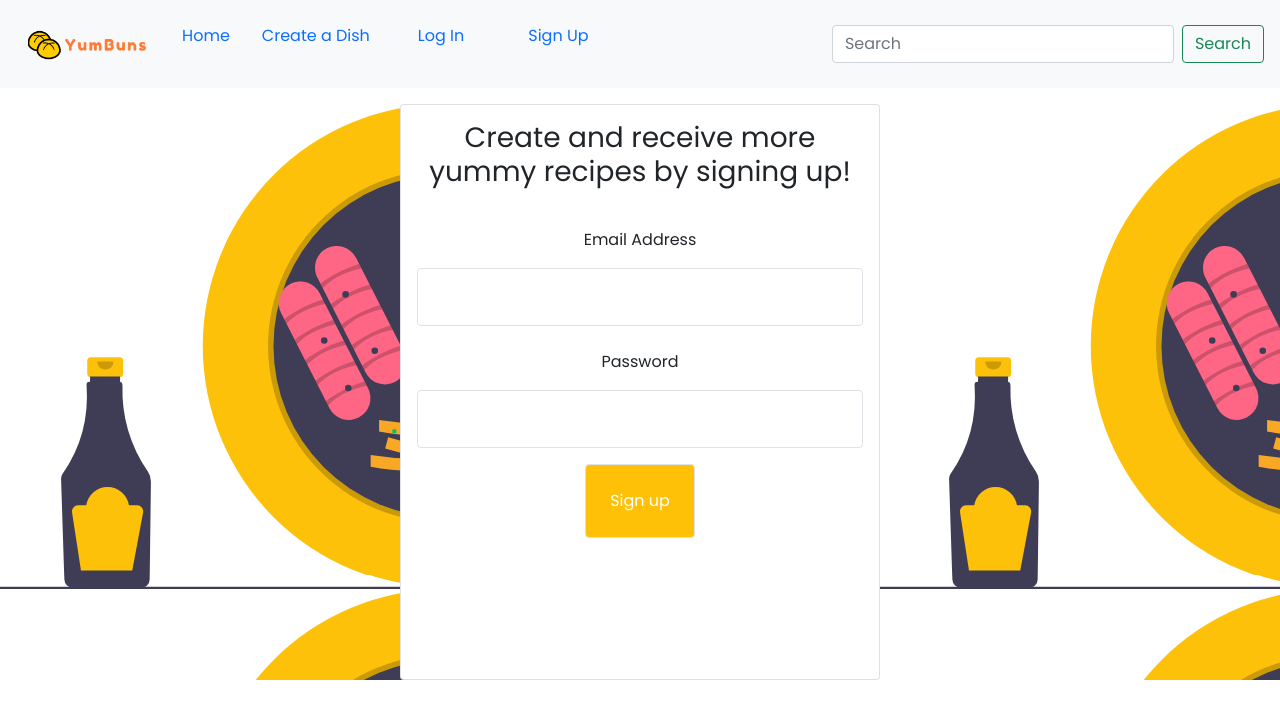
Repository: mottad14/yumBuns
Page: /signup (app in client/)
The author's editor kept a copy of each file at every save. The page is drawn from the files as they stood at one save, then again after the next save.
The browser window is 1280 px wide. The pictures show the whole page.
Some web fonts or font styles are not loaded; a fallback is used. The project was rebuilt for these pictures with package versions that can differ from the ones it lists, and the page was loaded fresh each time. Also part of the build but not shown: client/src/components/RecipePreview.js, client/src/views/Main.js, client/src/views/Login.js, client/src/views/Create.js, client/src/views/Recipe.js, client/src/components/SubscribePop.css, client/src/components/SignUp.jsx, client/src/components/SubscribePop.js.

Above is the page before, as saved 2022-07-30 10:47:22.

### client/public/index.html
<!DOCTYPE html>
<html lang="en">
  <head>
    <meta charset="utf-8" />
    <link rel="icon" href="%PUBLIC_URL%/favicon.ico" />
    <meta name="viewport" content="width=device-width, initial-scale=1" />
    <meta name="theme-color" content="#000000" />
    <meta
      name="description"
      content="Web site created using create-react-app"
    />
    <!--
      Notice the use of %PUBLIC_URL% in the tags above.
      It will be replaced with the URL of the `public` folder during the build.
      Only files inside the `public` folder can be referenced from the HTML.

      Unlike "/favicon.ico" or "favicon.ico", "%PUBLIC_URL%/favicon.ico" will
      work correctly both with client-side routing and a non-root public URL.
      Learn how to configure a non-root public URL by running `npm run build`.
    -->
    <title>Yumbuns</title>
  </head>
  <body>
    <noscript>You need to enable JavaScript to run this app.</noscript>
    <div id="root"></div>
    <!--
      This HTML file is a template.
      If you open it directly in the browser, you will see an empty page.

      You can add webfonts, meta tags, or analytics to this file.
      The build step will place the bundled scripts into the <body> tag.

      To begin the development, run `npm start` or `yarn start`.
      To create a production bundle, use `npm run build` or `yarn build`.
    -->
  </body>
</html>

### client/src/index.js
import React from 'react';
import ReactDOM from 'react-dom';
import './index.css';
import App from './App';
import reportWebVitals from './reportWebVitals';
import {BrowserRouter} from "react-router-dom";

ReactDOM.render(
    <React.StrictMode>
      <BrowserRouter>
            <App />
      </BrowserRouter>
    </React.StrictMode>,
    document.getElementById('root')
);



// If you want to start measuring performance in your app, pass a function
// to log results (for example: reportWebVitals(console.log))
// or send to an analytics endpoint. Learn more: https://bit.ly/CRA-vitals
reportWebVitals();

### client/src/App.js
import React from 'react';
import 'bootstrap/dist/css/bootstrap.min.css';
import {Switch, Route} from "react-router-dom";
import './App.css';
import NavBar from './components/NavBar';
import Main from './views/Main';
import Login from './views/Login'
import NewAccount from "./views/NewAccount"
import Create from './views/Create';
import Recipe from './views/Recipe';
import SubscribePop from './components/SubscribePop';
import {useState, useEffect} from 'react'
import { AuthContextProvider } from "./contexts/AuthContext";


function App() {
  const [timedPopup, setTimedPopup] = useState (false);

  useEffect(() => {
    setTimeout(() => {
      setTimedPopup(true)
    }, 45000)
  }, [])


  return (

    <div className="App">
      <div className="">
          <NavBar/>
          <AuthContextProvider>
              <Switch>
                <Route exact path="/">
                  <Main/>
                </Route>

                <Route exact path="/login">
                  <Login/>
                </Route>

                <Route exact path="/signup">
                  <NewAccount/>
                </Route>

                <Route path="/view/single/:_id">
                  <Recipe/>
                </Route>

                <Route exact path="/create">
                  <Create/>
                </Route>
              </Switch>

              <SubscribePop trigger={timedPopup} setTrigger={setTimedPopup}>
              </SubscribePop>
          </AuthContextProvider>


       </div>
    </div>
  );
}

export default App;

### client/src/App.css
@import url('https://fonts.googleapis.com/css2?family=BIZ+UDGothic&family=Poppins&display=swap');

.App {
  font-family: 'BIZ UDGothic', sans-serif;
  font-family: 'Poppins', sans-serif;
  z-index: 1;
  text-align: center;
}

.recipePreview{
  border: 3px solid rgb(177, 177, 177);
  min-height: 300px;
  width: 250px;
  background-color: rgb(254, 194, 10);
  border-left-style: dotted;
  border-right-style: dotted;
  border-radius: 10%;

}

.recipePreview > img{
  width: 95%;
  border-radius: 10%;
}
.recipePreview >div{
  align-items: center;

}

.Logo{
  margin-left: 10px;
  height: 30px;
}

.sticky{
  position: sticky;
  top: 0;
  z-index: 999;
  background-color: rgb(254, 194, 10);
  border: 2px solid black;
  border-radius: 25px;
}

.thumbnailBox > img{
  height: 40px;
}

.thumbnailBox > img:hover{
  height: 125px;
}

### client/src/components/NavBar.js
import React from "react";
import { Link } from "react-router-dom"
import Nav from 'react-bootstrap/Nav';
import YumBuns from "../imgs/YumBunsLogo.png"

const NavBar = (props) => {
    return(
            <nav className="navbar navbar-expand-lg bg-light mb-3">
                <Link className="navbar-brand mx-3" to="/">  <img className="Logo" src={YumBuns} alt="Logo" /> </Link>

                <div className="collapse navbar-collapse" id="navbarSupportedContent">
                <ul className="navbar-nav me-auto mb-2 mb-lg-0">
                    <li className="nav-item">
                    <Nav.Link> <Link className="nav-link btn-outline-warning" aria-current="page" to="/">Home</Link> </Nav.Link>
                    </li>
                    <li className="nav-item">
                    <Nav.Link> <Link className="nav-link btn-outline-warning" to="/create">Create a Dish</Link> </Nav.Link>
                    </li>
                    <li className="nav-item">
                    <Nav.Link> <Link className="nav-link d-flex mx-3 btn-outline-warning" to="/login"> Log In</Link> </Nav.Link>
                    </li>
                    <li className="nav-item">
                    <Nav.Link>  <Link className="nav-link d-flex mx-3 btn-outline-warning" to="/signup">    <p onClick={() => props.setTrigger(true)}> Sign Up </p>    </Link> </Nav.Link>
                    </li>
                </ul>
                <form className="d-flex mx-3" role="search">
                    <input className="form-control me-2" type="search" placeholder="Search" aria-label="Search" />
                    <button className="btn btn-outline-success" type="submit">Search</button>
                </form>
            </div>
            </nav>
    )
}

export default NavBar;

### client/src/views/NewAccount.js
import React, { useState } from 'react'
import { Link, useHistory } from 'react-router-dom'
import {Form, Button, Card, Alert} from "react-bootstrap"
import { UserAuth } from '../contexts/AuthContext'
import eating from "../imgs/eating.svg"

const Signup = () => {

  const [email, setEmail] = useState('')
  const [password, setPassword] = useState('')
  const [error, setError] = useState('')

  const history = useHistory();
  const {createUser} = UserAuth();

  const handleSubmit = async(e) => {
    e.preventDefault();
    setError('')
    try{
      await createUser(email, password)
      history.push("/");
    } catch(e) {
      setError(e.message)
      console.log(e.message)
    }
  }

  return (
      <div style={{ backgroundImage: `url(${eating})` }}>
    <div style={{ display: 'flex',
        height: '80vh', justifyContent: "center"}}>
    <Card className="text-center" style={{ width: '30rem' }}>
      <Card.Body>
          <h3 className='text-center mb-4'> Create and receive more yummy recipes by signing up!</h3>
            {error && <Alert variant="danger"> {error} </Alert>}

      <Form onSubmit={handleSubmit}>
          <Form.Group className='flex flex-col py-2'>
            <Form.Label className='py-2 font-medium' htmlFor=""> Email Address</Form.Label>
            <Form.Control onChange={(e)=> setEmail(e.target.value)} className='border p-3' type="email"/>
          </Form.Group>

          <Form.Group className='flex flex-col py-2'>
            <Form.Label className='py-2 font-medium' htmlFor=""> Password</Form.Label>
            <Form.Control onChange={(e)=> setPassword(e.target.value)} className='border p-3' type="password"/>
          </Form.Group>

          <Button variant="warning" className='border border-blue-500 bg-yellow-600 hover:bg-blue-500 w-full p-4 my-2 text-white'>Sign up</Button>
      </Form>


      </Card.Body>
    </Card>
    </div>
    </div>
  )
}

export default Signup

### client/src/contexts/AuthContext.js
import { createContext, useContext, useEffect, useState } from "react";
import {createUserWithEmailAndPassword,
    signInWithEmailAndPassword,
    signOut,
    onAuthStateChanged}
    from "firebase/auth"
import { auth } from "../firebase";

const UserContext = createContext();

export const AuthContextProvider = ({children}) => {
    const [user, setUser] = useState({})

    const createUser = (email, password) => {
        return (createUserWithEmailAndPassword(auth, email, password))
    }

    const signIn = (email, password) => {
        return signInWithEmailAndPassword(auth, email, password)
    }

    const logout = () =>{
        return signOut(auth);
    }

    useEffect (() => {
        const unsubscribe = onAuthStateChanged(auth, (currentUser) => {
            console.log(currentUser)
            setUser(currentUser)
        })
        return (() => {
            unsubscribe()
        })
    }, [])

    return (
        <UserContext.Provider value={{ createUser, user, signIn, logout }}>
            {children}
        </UserContext.Provider>
    )
}

export const UserAuth = () =>{
    return useContext(UserContext)
}

### client/src/firebase.js
// Import the functions you need from the SDKs you need
import { initializeApp } from "firebase/app";
import { getAuth } from "firebase/auth";
// TODO: Add SDKs for Firebase products that you want to use
// https://firebase.google.com/docs/web/setup#available-libraries

// Your web app's Firebase configuration
console.log(`The current api key is: ${process.env.REACT_APP_FIREBASE_API_KEY}`)
const firebaseConfig = {
  apiKey: process.env.REACT_APP_FIREBASE_API_KEY,
  authDomain: process.env.REACT_APP_FIREBASE_AUTH_DOMAIN,
  projectId: process.env.REACT_APP_FIREBASE_PROJECT_ID,
  storageBucket: process.env.REACT_APP_FIREBASE_STORAGE_BUCKET,
  messagingSenderId: process.env.REACT_APP_FIREBASE_MESSAGING_SENDER_ID,
  appId: process.env.REACT_APP_FIREBASE_APP_ID,
  measurementId: process.env.REACT_APP_FIREBASE_MEASUREMENT_ID
};

// Initialize Firebase
const app = initializeApp(firebaseConfig);
export const auth = getAuth(app);
export default app;

Loaded but not shown: client/src/index.css (common file); client/src/reportWebVitals.js (common file)

After the next save:
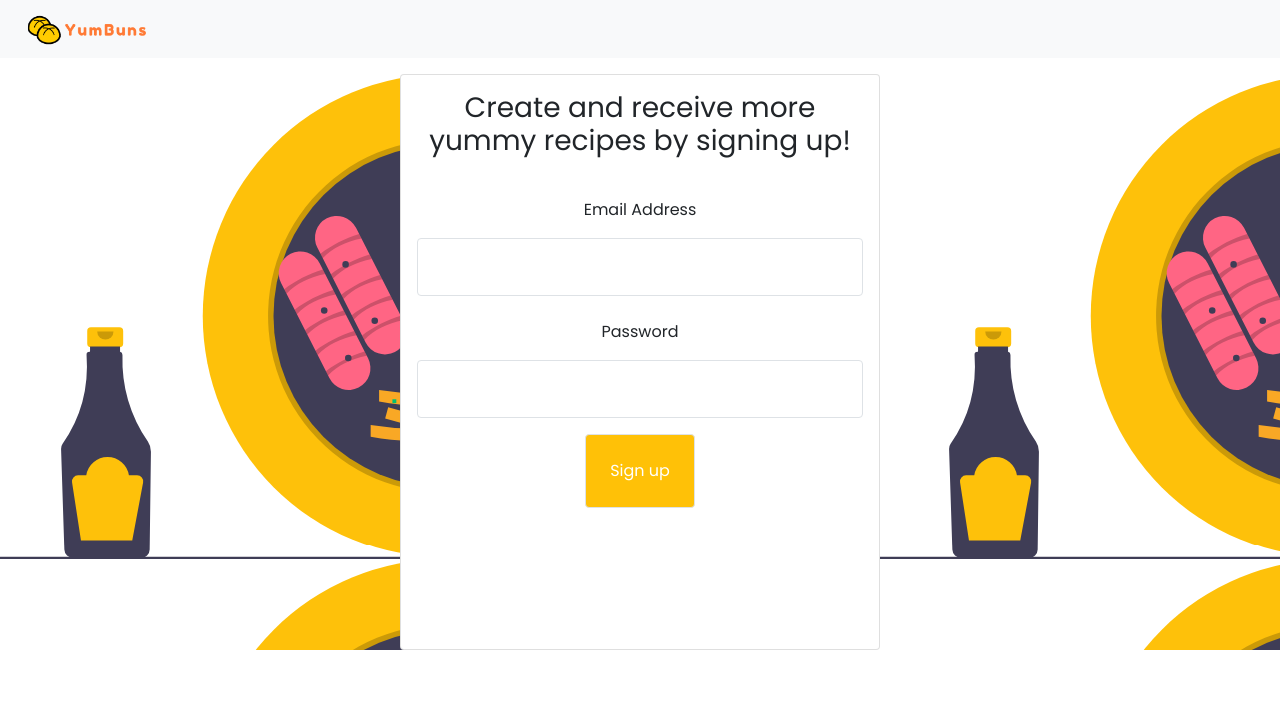
Saved 2 min 52 s later.
--- a/client/src/components/NavBar.js
+++ b/client/src/components/NavBar.js
@@ -5,7 +5,7 @@
 
 const NavBar = (props) => {
     return(
-            <nav className="navbar navbar-expand-lg bg-light mb-3">
+            <nav className="navbar bg-light mb-3">
                 <Link className="navbar-brand mx-3" to="/">  <img className="Logo" src={YumBuns} alt="Logo" /> </Link>
 
                 <div className="collapse navbar-collapse" id="navbarSupportedContent">

After the save that followed:
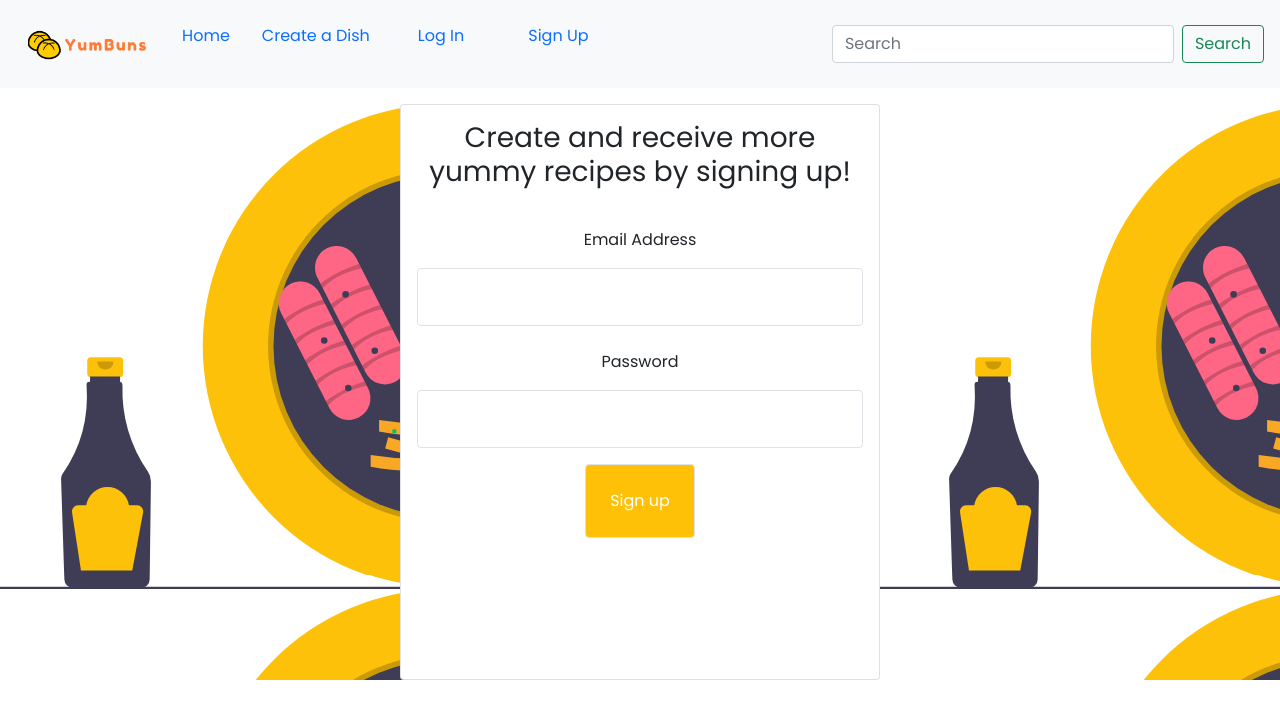
Saved 18 s later.
--- a/client/src/components/NavBar.js
+++ b/client/src/components/NavBar.js
@@ -5,7 +5,7 @@
 
 const NavBar = (props) => {
     return(
-            <nav className="navbar bg-light mb-3">
+            <nav className="navbar navbar-expand-sm bg-light mb-3">
                 <Link className="navbar-brand mx-3" to="/">  <img className="Logo" src={YumBuns} alt="Logo" /> </Link>
 
                 <div className="collapse navbar-collapse" id="navbarSupportedContent">
